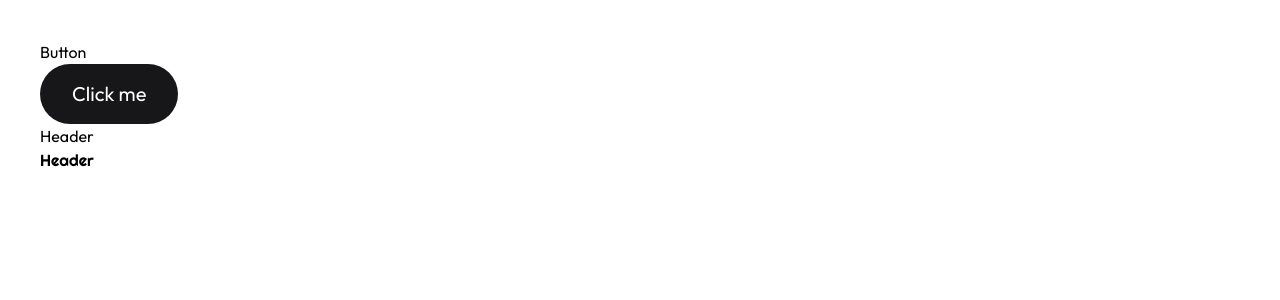
Repository: felixdusengimana/capstone-project-mirror
Page: /components (app in frontend/)
An editor plug-in stored every save of this project. The page is shown before and after the next save, followed by the edit.
The browser window is 1280 px wide. The pictures show the whole page.
The project was rebuilt for these pictures with package versions that can differ from the ones it lists, and the page was loaded fresh each time. The framework's server and built-in components were replaced by stand-ins that run in the browser. Also part of the build but not shown: frontend/next.config.mjs.

Above is the page before, as saved 2024-03-11 10:46:35.

### frontend/app/layout.tsx
import type { Metadata } from "next";
import { Righteous, Outfit } from "next/font/google";
import "./globals.css";

const outfit = Outfit({ subsets: ["latin"], variable: "--font-outfit" });
const righteous = Righteous({
  subsets: ["latin"],
  variable: "--font-righteous",
  weight: "400",
});

export const metadata: Metadata = {
  title: "Pesatone - Search and gift your favorite creators",
  description:
    "A place where fans show gratitude to the African content creators they love!",
};

export default function RootLayout({
  children,
}: Readonly<{
  children: React.ReactNode;
}>) {
  return (
    <html lang="en">
      <body className={`${outfit.variable} ${righteous.variable} font-sans`}>
        {children}
      </body>
    </html>
  );
}

### frontend/app/components/page.tsx
import Button from "@/components/atoms/Button";
import Headline from "@/components/atoms/Headline";
import React from "react";

export default function page() {
  return (
    <div className="p-10">
      <div>
        <h1>Button</h1>
        <Button variant="secondary">Click me</Button>
      </div>
      <div>
        <h1>Header</h1>
        <Headline>Header</Headline>
      </div>
    </div>
  );
}

### frontend/app/globals.css
@tailwind base;
@tailwind components;
@tailwind utilities;

:root {
  --bg: #171719;
  --bg-hover: #232326;
  --secondary-color: #17171A;
  --foreground-rgb: 0, 0, 0;
  --background-start-rgb: 214, 219, 220;
  --background-end-rgb: 255, 255, 255;
}

/* @media (prefers-color-scheme: dark) {
  :root {
    --foreground-rgb: 255, 255, 255;
    --background-start-rgb: 0, 0, 0;
    --background-end-rgb: 0, 0, 0;
  }
}

body {
  color: rgb(var(--foreground-rgb));
  background: linear-gradient(to bottom,
      transparent,
      rgb(var(--background-end-rgb))) rgb(var(--background-start-rgb));
}

@layer utilities {
  .text-balance {
    text-wrap: balance;
  }
} */

### frontend/components/atoms/Button.tsx
import { ComponentProps } from "react";

interface ButtonProps extends ComponentProps<"button"> {
  variant?: "dark" | "white" | "blurred" | "secondary";
  size?: "sm" | "md" | "lg";
  bordered?: boolean;
}

export default function Button({ ...props }: ButtonProps) {
  const { variant = "dark", size = "md", bordered = false } = props;

  const variantClasses = {
    dark: "bg-black text-white",
    white: "bg-white text-black",
    secondary: "bg-secondary text-white",
    blurred: "bg-blurred text-white",
  };

  const sizeClasses = {
    sm: "px-2 py-1",
    md: "px-8 py-4",
    lg: "px-6 py-3",
  };

  const borderClasses = bordered ? "border border-black" : "";

  return (
    <button
      {...props}
      className={`text-xl font-normal rounded-full ${variantClasses[variant]} ${sizeClasses[size]} ${borderClasses} ${props.className}`}
    >
      {props.children}
    </button>
  );
}

### frontend/components/atoms/Headline.tsx
import { ComponentProps } from "react";

interface HeadlineProps extends ComponentProps<"h1"> {}

export default function Headline({ ...props }: HeadlineProps) {
  return <div className="font-mono">{props.children}</div>;
}

### frontend/tailwind.config.ts
import type { Config } from "tailwindcss";

const config: Config = {
  content: [
    "./pages/**/*.{js,ts,jsx,tsx,mdx}",
    "./components/**/*.{js,ts,jsx,tsx,mdx}",
    "./app/**/*.{js,ts,jsx,tsx,mdx}",
  ],
  theme: {
    extend: {
      // backgroundImage: {
      //   "gradient-radial": "radial-gradient(var(--tw-gradient-stops))",
      //   "gradient-conic":
      //     "conic-gradient(from 180deg at 50% 50%, var(--tw-gradient-stops))",
      // },
      fontFamily: {
        sans: ["var(--font-outfit)"],
        mono: ["var(--font-righteous)"],
      },
      colors: {
        secondary: "var(--secondary-color)",
      },
    },
  },
  plugins: [],
};
export default config;

After the next save:
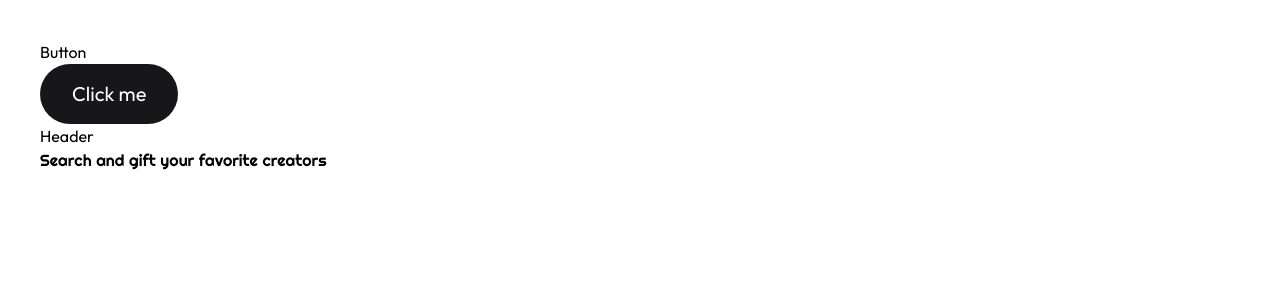
Saved 4 s later.
--- a/frontend/app/components/page.tsx
+++ b/frontend/app/components/page.tsx
@@ -11,7 +11,7 @@ export default function page() {
       </div>
       <div>
         <h1>Header</h1>
-        <Headline>Header</Headline>
+        <Headline>Search and gift your favorite creators</Headline>
       </div>
     </div>
   );
